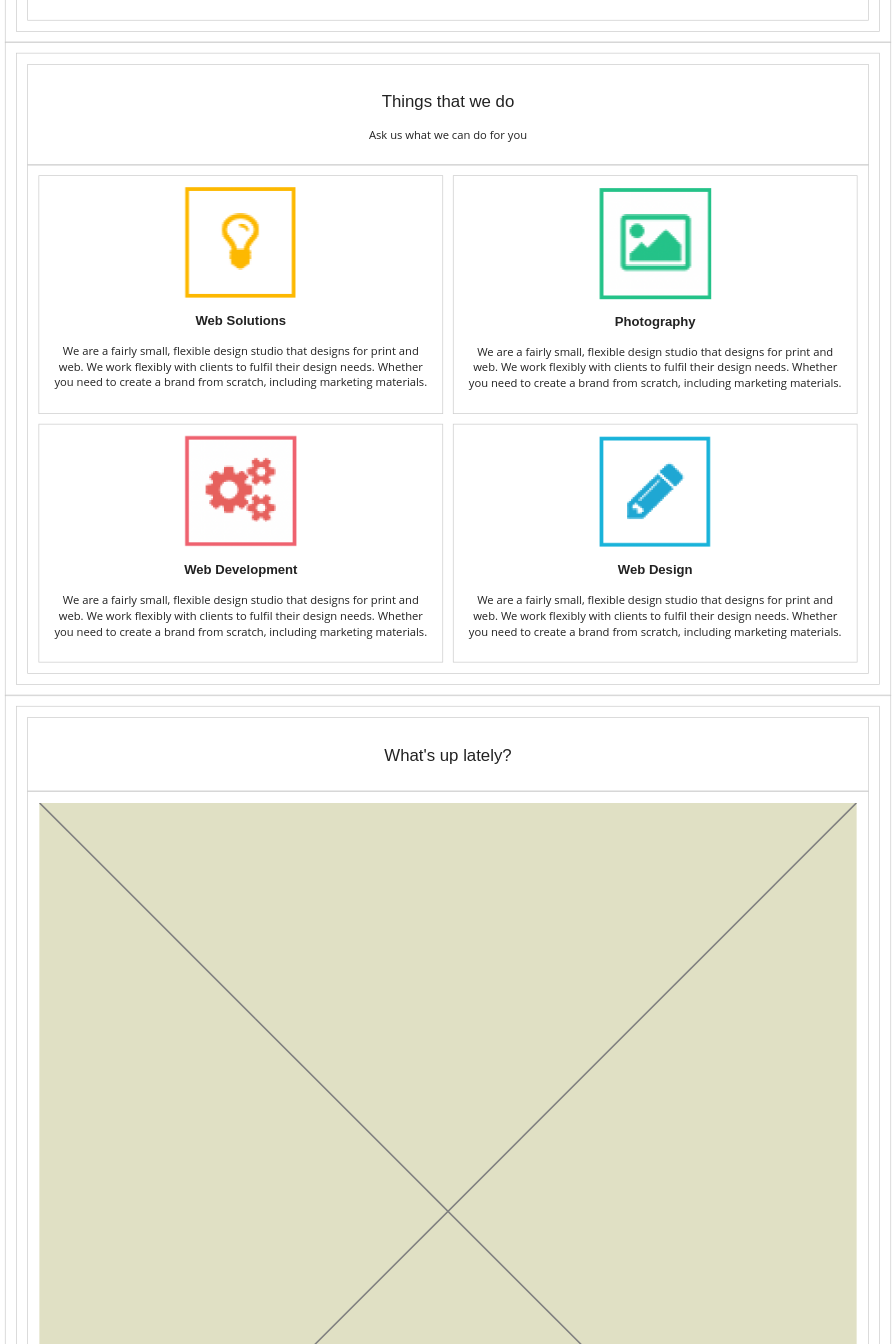
Repository: lpcmendoza/LAB02BF_Group9
Page: index.html
The author's editor kept a copy of each file at every save. The page is drawn from the files as they stood at one save, then again after the next save.
The browser window is 1280 px wide. The pictures show the part of the page from y = 1679 to 3599 px (the page is 15204 px tall before and 14904 px after), at 70% of full size.

Above is the page before, as saved 2024-02-11 22:11:33.

After the next save:
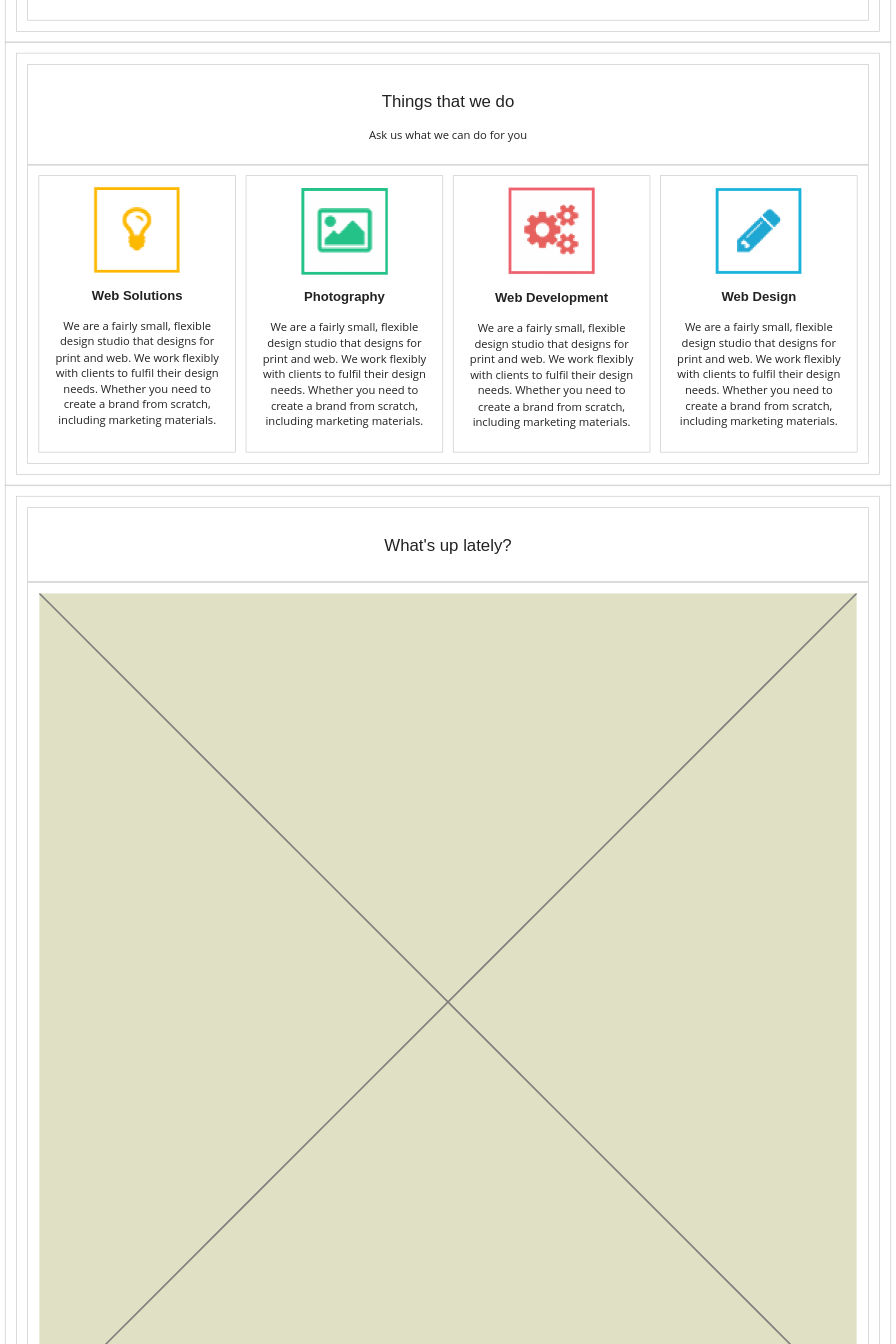
Saved 4 min 14 s later.
--- a/css/style.css
+++ b/css/style.css
@@ -306,6 +306,38 @@
   .l-hide {
       display: none;
   }
+
+
+  .what-we-do-content {
+    display: grid;
+    grid-template-columns: 1fr 1fr 1fr 1fr;
+    grid-gap: 1rem;
+  }
+
+  .icons {
+    max-width: 10em;
+    max-height: 10em;
+    display: block;
+    margin-left: auto;
+    margin-right: auto;
+    width: 50%;
+}
+
+  .what-we-do-container-header {
+    align-content: center;
+    text-align: center;
+  }
+
+
+  .what-we-do-container-body p {
+    text-align: center;
+  }
+
+  .what-we-do-container-body h3 {
+    text-align: center;
+    font-weight: bold;
+  }
+
 }
 
 
